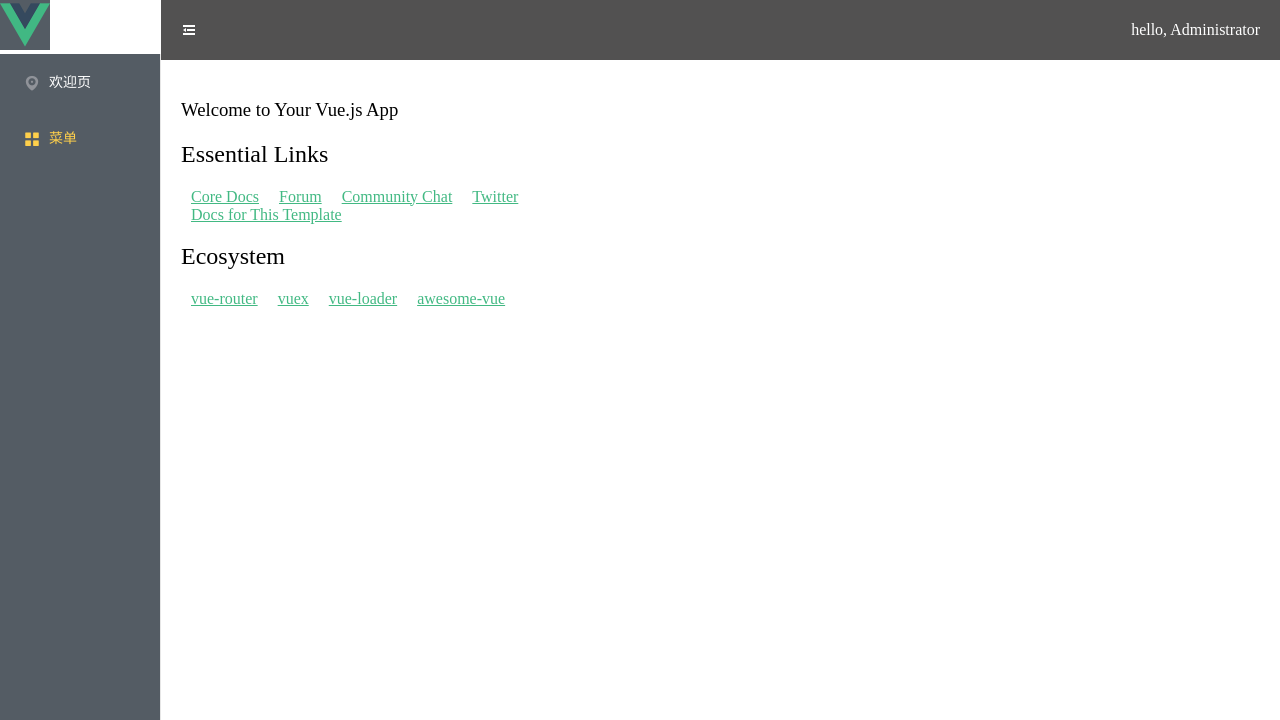
Repository: qianxuebing/admin
Page: /HelloWorld
An editor plug-in stored every save of this project. The page is shown before and after the next save, followed by the edit.
The browser window is 1280 px wide. The pictures show the whole page.
The project was rebuilt for these pictures with package versions that can differ from the ones it lists, and the page was loaded fresh each time. Imported but missing from the stored project, and not drawn on this page: src/views/home/Home.

Above is the page before, as saved 2019-12-09 16:33:31.

### src/main.js
// The Vue build version to load with the `import` command
// (runtime-only or standalone) has been set in webpack.base.conf with an alias.
import Vue from 'vue'
import App from './App'
import router from './router'
import ElementUI from 'element-ui'
import 'element-ui/lib/theme-chalk/index.css'
import store from './store/index'

Vue.use(ElementUI)

Vue.config.productionTip = false

/* eslint-disable no-new */
new Vue({
  el: '#app',
  router,
  store,
  components: { App },
  template: '<App/>'
})

### src/App.vue
<template>
  <div id="app">
    <router-view/>
  </div>
</template>

<script>
export default {
  name: 'App'
}
</script>

<style>
html,body {
  height: 100%;
  overflow: hidden;
  margin: 0;
  padding: 0;
}
  #app {
    height: 100%;
  }
</style>

### src/router/index.js
import Vue from 'vue'
import Router from 'vue-router'
import HelloWorld from '@/components/HelloWorld'
import Home from '@/views/home/Home'
import Layout from '@/views/layout/Layout'

Vue.use(Router)

export default new Router({
  mode: 'history',
  routes: [
    {
      path: '/',
      component: Layout,
      children: [
        {
          path: '/',
          name: 'Home',
          component: Home
        },
        {
          path: '/HelloWorld',
          name: 'HelloWorld',
          component: HelloWorld
        }
      ]
    }
  ]
})

### src/store/index.js
import Vue from 'vue'
import Vuex from 'vuex'

Vue.use(Vuex)

const store = new Vuex.Store({
  state: {
    isActive: false
  },
  getters: {

  },
  mutations: {
    TOGGLE_SIDEBAR (state) {
      state.isActive = !state.isActive
    }
  },
  actions: {
    toggleSideBar ({commit}) {
      commit('TOGGLE_SIDEBAR')
    }
  }
})

export default store

### src/views/layout/Layout.vue
<template>
  <el-container class="container">
      <side-bar></side-bar>
      <el-container>
          <el-header class="header">
            <nav-bar></nav-bar>
          </el-header>
          <el-main>
            <router-view></router-view>
          </el-main>
      </el-container>
  </el-container>
</template>

<script>
import SideBar from '../../components/SideBar'
import NavBar from '../../components/NavBar'
export default {
  components: {
    SideBar,
    NavBar
  }
}
</script>

<style>
  .container{
    height: 100%;
  }
  .header{
    background: rgb(82, 81, 81);
    color: #fff;
  }
</style>

### src/components/SideBar.vue
<template>
<div>
  <el-image
    style="width: 50px; height: 50px"
    :src="logo"
    fit>
  </el-image>
  <el-menu router :default-active="$route.path" class="el-menu-vertical-demo menu" :collapse="isActive" background-color="#545c64" text-color="#fff"  acitve-background-color="#001528" active-text-color="#ffd04b">
    <template v-for="item in sideBarData">
      <el-menu-item :index="item.path" :key="item.id">
        <i :class="item.icon"></i>
        <span slot="title">{{ item.title }}</span>
      </el-menu-item>
    </template>
  </el-menu>
</div>
</template>

<script>
import { mapState } from 'vuex'
import sideBarData from './mock.js'
import logo from '../../static/logo.png'
export default {
  data () {
    return {
      sideBarData: sideBarData,
      logo: logo
    }
  },
  computed: {
    ...mapState(['isActive'])
  }
}
</script>

<style>
  .menu {
    height: 100%;
    overflow: auto;
    border: 0;
  }
  .el-menu-vertical-demo:not(.el-menu--collapse) {
    width: 160px;
  }
  .el-image{
    background-color: #545c64;
  }
</style>

### src/components/NavBar.vue
<template>
  <div class="header-inner">
    <i :class="`${isActive ? 'el-icon-s-unfold' : 'el-icon-s-fold'}`" @click="toggleSideBar"></i>
    <span>hello, Administrator</span>
  </div>
</template>

<script>
import { mapState } from 'vuex'
export default {
  computed: {
    ...mapState(['isActive'])
  },
  methods: {
    toggleSideBar () {
      this.$store.dispatch('toggleSideBar')
    }
  }
}
</script>

<style>
  .header-inner{
    height: 60px;
    display: flex;
    justify-content: space-between;
    align-items: center;
  }
</style>

### src/components/mock.js
const sideBarData = [
  {
    id: '01',
    path: '/',
    title: '欢迎页',
    icon: 'el-icon-location'
  }, {
    id: '02',
    path: '/HelloWorld',
    title: '菜单',
    icon: 'el-icon-menu'
  }
]

export default sideBarData

Loaded but not shown: index.html (common file); src/components/HelloWorld.vue (common file)

After the next save:
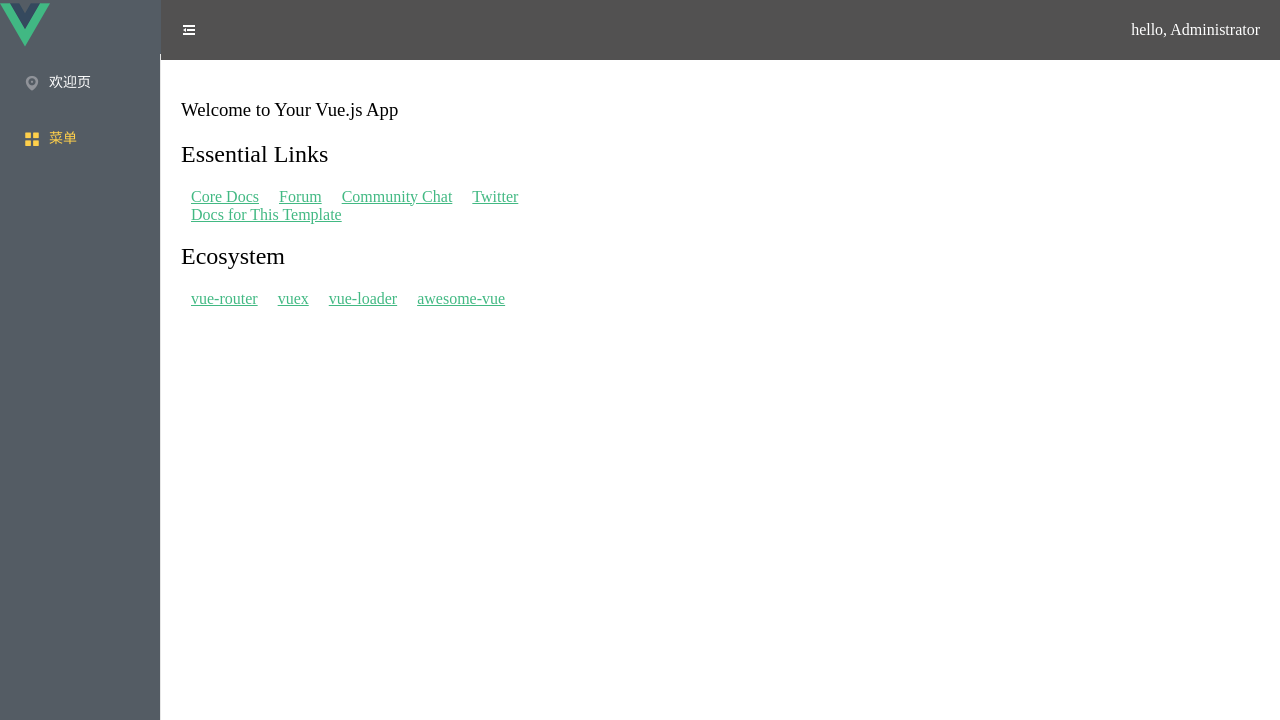
Saved 35 s later.
--- a/src/components/SideBar.vue
+++ b/src/components/SideBar.vue
@@ -1,5 +1,5 @@
 <template>
-<div>
+<div class="side-bar">
   <el-image
     style="width: 50px; height: 50px"
     :src="logo"
@@ -42,7 +42,7 @@
   .el-menu-vertical-demo:not(.el-menu--collapse) {
     width: 160px;
   }
-  .el-image{
+  .side-bar{
     background-color: #545c64;
   }
 </style>
